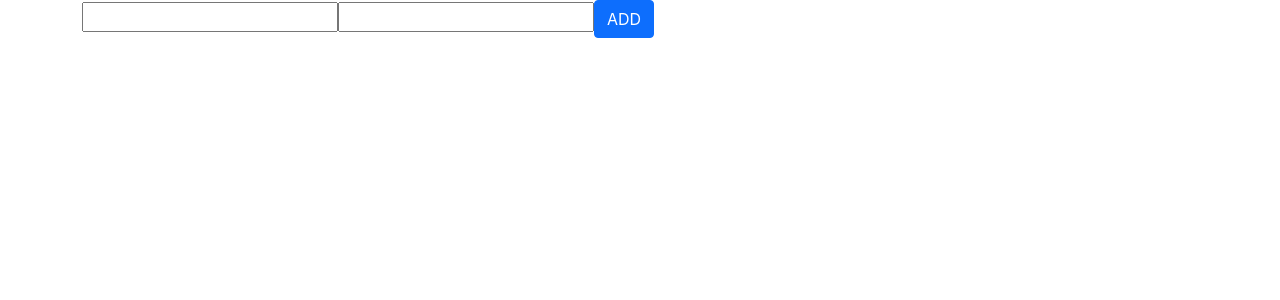
Repository: tsydikov/phone_book
Page: /
The author's editor kept a copy of each file at every save. The page is drawn from the files as they stood at one save, then again after the next save.
The browser window is 1280 px wide. The pictures show the whole page.
The project was rebuilt for these pictures with package versions that can differ from the ones it lists, and the page was loaded fresh each time. Also part of the build but not shown: src/App.css.

Above is the page before, as saved 2021-10-07 18:07:12.

### public/index.html
<!DOCTYPE html>
<html lang="en">
  <head>
    <meta charset="utf-8" />
    <meta name="viewport" content="width=device-width, initial-scale=1" />
    <meta name="theme-color" content="#000000" />
    <link
      rel="stylesheet"
      href="https://cdn.jsdelivr.net/npm/bootstrap@5.1.1/dist/css/bootstrap.min.css"
      integrity="sha384-F3w7mX95PdgyTmZZMECAngseQB83DfGTowi0iMjiWaeVhAn4FJkqJByhZMI3AhiU"
      crossorigin="anonymous"
    />
    <title>Briz test</title>
  </head>
  <body>
    <noscript>You need to enable JavaScript to run this app.</noscript>
    <div id="root"></div>
  </body>
</html>

### src/App.js
import React from "react";
import { Button, Col, Container, Row } from "react-bootstrap";
import "./App.css";

function App() {
  return (
    <Container>
      <Row>
        <Col p-1>
        <input /><input /><Button>ADD</Button>
        </Col>
      </Row>
    </Container>
  );
}

export default App;

Loaded but not shown: src/index.js (common file); src/index.css (common file)

After the next save:
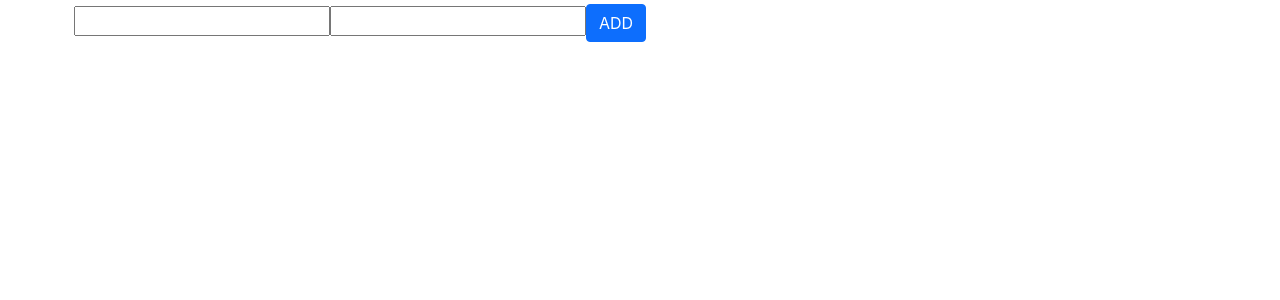
Saved 3 min 55 s later.
--- a/src/App.js
+++ b/src/App.js
@@ -6,7 +6,7 @@ function App() {
   return (
     <Container>
       <Row>
-        <Col p-1>
+        <Col className="p-1">
         <input /><input /><Button>ADD</Button>
         </Col>
       </Row>
